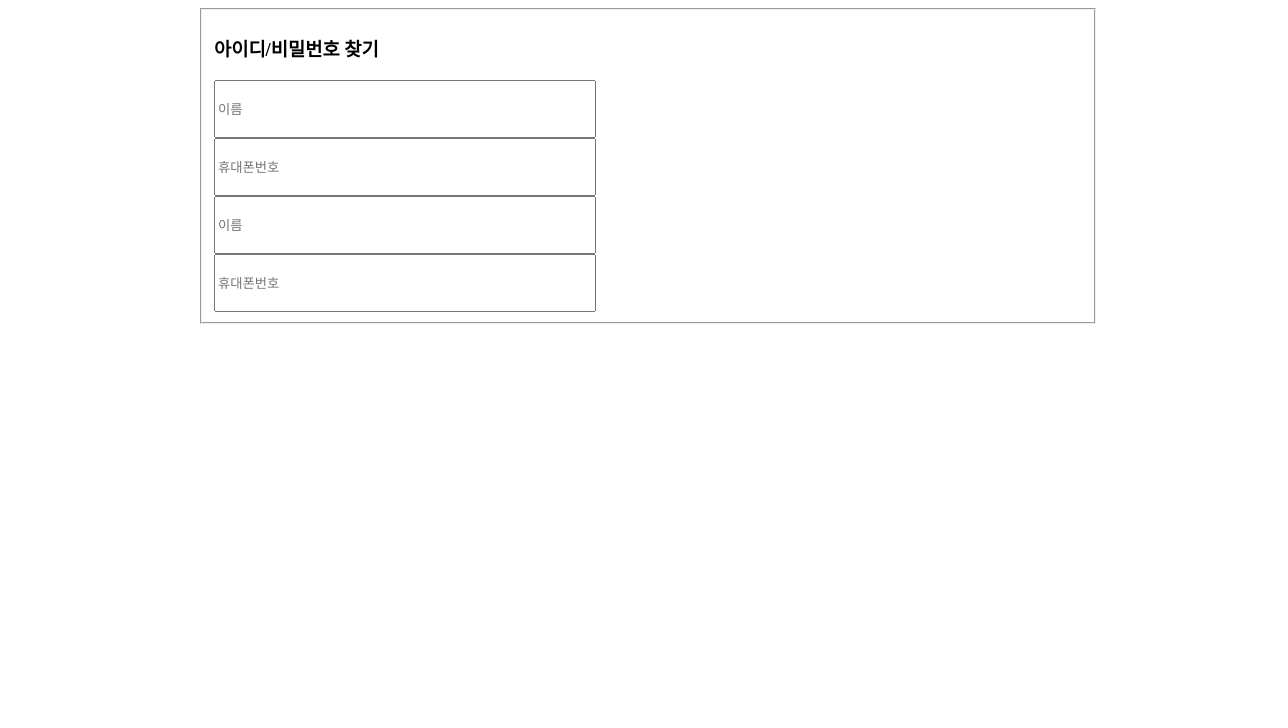
Repository: agheha/trillion
Page: YH/study_project/html/find.html
The author's editor kept a copy of each file at every save. The page is drawn from the files as they stood at one save, then again after the next save.
The browser window is 1280 px wide. The page is 1288 px wide, so the pictures cover 1288 px, including what lies to the right of the window. The pictures show the whole page.

Above is the page before, as saved 2019-09-04 19:15:39.

After the next save:
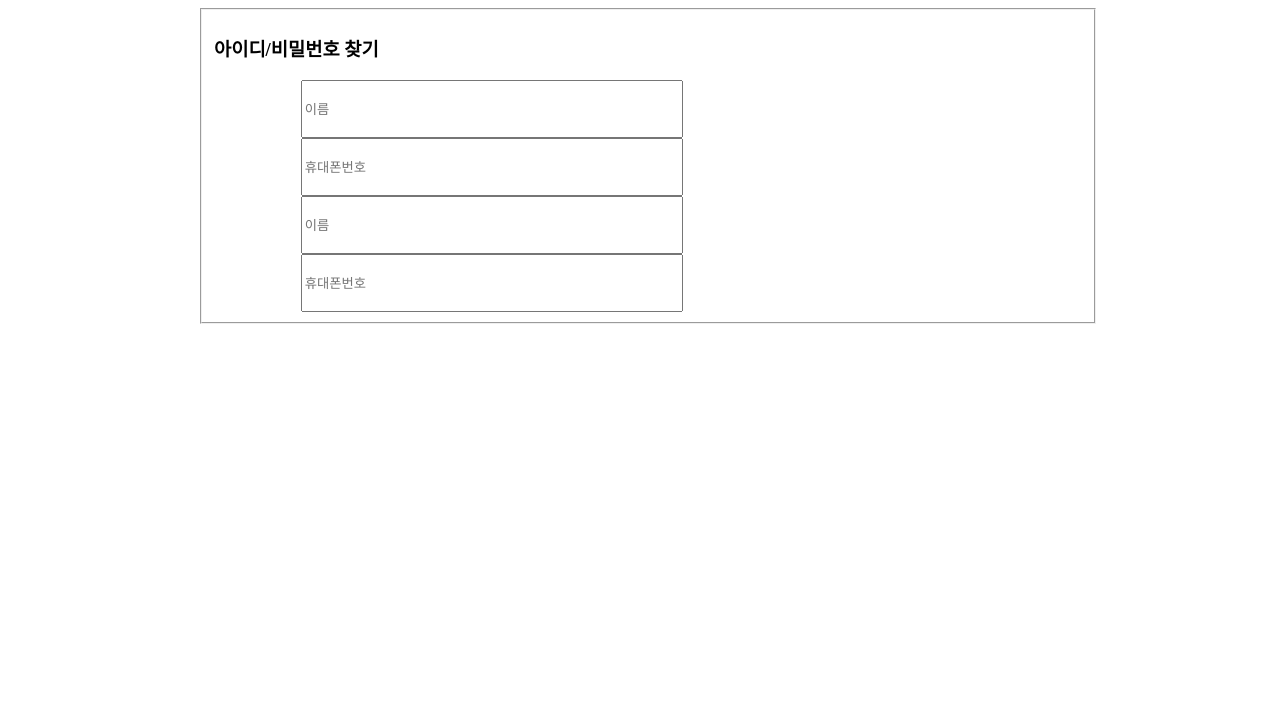
Saved 3 s later.
--- a/YH/study_project/css/find.css
+++ b/YH/study_project/css/find.css
@@ -18,6 +18,7 @@
 span {
     width : 25%;
 }
+.inwrap { width: 80%; margin: 0 auto; }
 .inputbox {float: left; margin-right: 100px;}
 .inlutbox:first-child {margin-right: 0; }
 div input { width: 100%;}

After the save that followed:
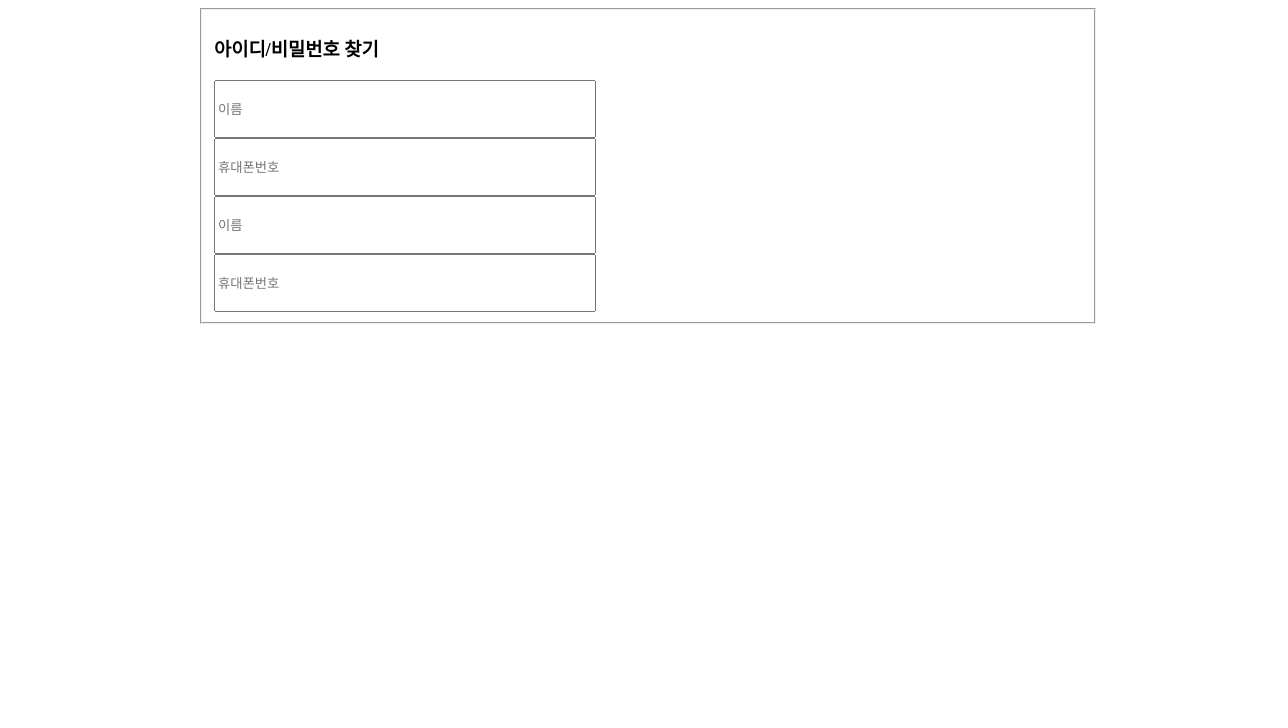
Saved 7 s later.
--- a/YH/study_project/css/find.css
+++ b/YH/study_project/css/find.css
@@ -18,7 +18,7 @@
 span {
     width : 25%;
 }
-.inwrap { width: 80%; margin: 0 auto; }
+.inwrap { width: 100%; }
 .inputbox {float: left; margin-right: 100px;}
 .inlutbox:first-child {margin-right: 0; }
 div input { width: 100%;}
